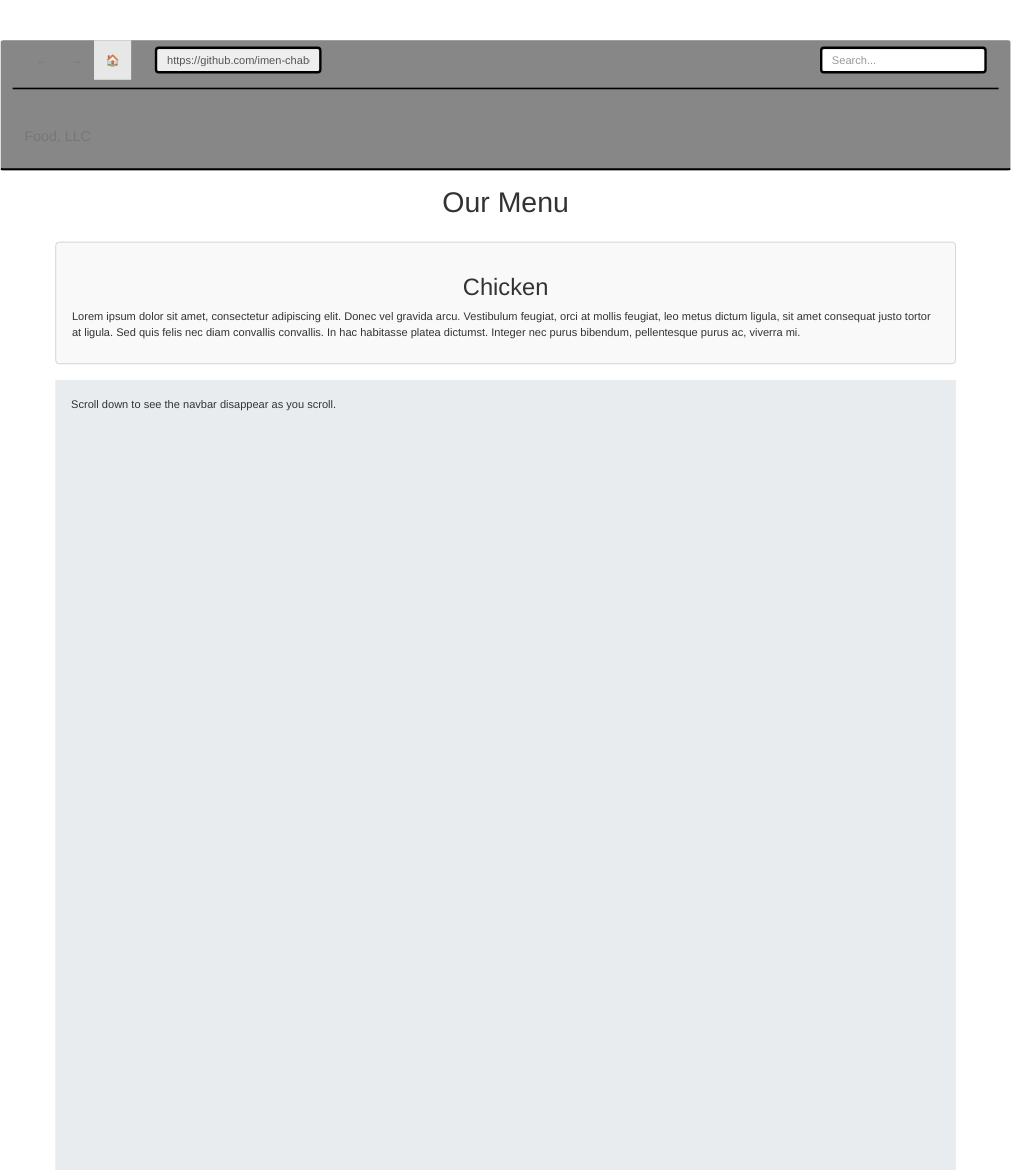
Repository: imen-chabchoub/coursera-test1
Page: mod3-solution/index.html
An editor plug-in stored every save of this project. The page is shown before and after the next save, followed by the edit.
The browser window is 1280 px wide. The pictures show the whole page, at 79% of full size.

Above is the page before, as saved 2025-02-12 15:08:33.

### mod3-solution/index.html
<!DOCTYPE html>
<html lang="en">
<head>
    <meta charset="UTF-8">
    <meta name="viewport" content="width=device-width, initial-scale=1.0">
    <title>Food, LLC</title>
    <link rel="stylesheet" href="https://maxcdn.bootstrapcdn.com/bootstrap/3.3.7/css/bootstrap.min.css">
    <link rel="stylesheet" href="css/style.css">
</head>
<body>
    <!-- Navbar -->
    <nav class="navbar navbar-default">
        <div class="container-fluid">
            <!-- Brand and toggle get grouped for better mobile display -->
            <div class="navbar-header">
                <button type="button" class="navbar-toggle collapsed" data-toggle="collapse" data-target="#navbar-collapse">
                    <span class="sr-only">Toggle navigation</span>
                    <span class="icon-bar"></span>
                    <span class="icon-bar"></span>
                    <span class="icon-bar"></span>
                </button>
            </div>

            <!-- Collect the nav links, forms, and other content for toggling -->
            <div class="collapse navbar-collapse" id="navbar-collapse">
                <ul class="nav navbar-nav">
                    <li><a href="#" class="nav-back">←</a></li>
                    <li><a href="#" class="nav-forward">→</a></li>
                    <li class="active"><a href="#" class="nav-home">🏠</a></li>
                </ul>
                <div class="navbar-form navbar-left">
                    <input type="text" class="form-control nav-url" value="https://github.com/imen-chabchoub/coursera-test/tree/module2-solution" readonly>
                </div>
                <div class="navbar-form navbar-right">
                    <input type="text" class="form-control search" placeholder="Search...">
                </div>
            </div><!-- /.navbar-collapse -->
            <div class="navbar-divider"></div>
            <div class="navbar-text text-center">
                <a class="navbar-brand" href="#">Food, LLC</a>
            </div>
        </div><!-- /.container-fluid -->
    </nav>

    <!-- Content -->
    <div class="container">
        <h1 class="text-center">Our Menu</h1>
        <div class="row">
            <div class="col-xs-12">
                <div class="menu-section">
                    <h2 class="text-center">Chicken</h2>
                    <p>Lorem ipsum dolor sit amet, consectetur adipiscing elit. Donec vel gravida arcu. Vestibulum feugiat, orci at mollis feugiat, leo metus dictum ligula, sit amet consequat justo tortor at ligula. Sed quis felis nec diam convallis convallis. In hac habitasse platea dictumst. Integer nec purus bibendum, pellentesque purus ac, viverra mi.</p>
                </div>
            </div>
        </div>
        <div class="row">
            <div class="col-xs-12">
                <div class="tall-section">
                    <p>Scroll down to see the navbar disappear as you scroll.</p>
                </div>
            </div>
        </div>
    </div>


    <script src="https://ajax.googleapis.com/ajax/libs/jquery/1.12.4/jquery.min.js"></script>
    <script src="https://maxcdn.bootstrapcdn.com/bootstrap/3.3.7/js/bootstrap.min.js"></script>
</body>
</html>

### mod3-solution/css/style.css
body {
    padding-top: 50px; /* Ensure the content does not overlap the navbar */
}

.navbar {
    margin-bottom: 0;
    background-color: #878787;
    border-bottom: black solid;
}

.navbar-divider {
    border-top: 2px solid black;
    margin-top: 10px;
    margin-bottom: 10px;
}

.navbar-text {
    text-align: center;
    width: 100%;
    padding-top: 10px;
}

.nav-url {
    width: 40%;
    margin: 0 15px;
    border: black solid;
    border-radius: 5px;
    font-size: 14px;
    background-color: #f0f0f0;
}

.search {
    width: 150px;
    border: black solid;
    border-radius: 5px;
}
.menu-section {
    border: 1px solid #ccc;
    padding: 20px;
    margin-top: 20px;
    border-radius: 5px;
    background-color: #f9f9f9;
}




.tall-section {
    height: 1000px;
    background-color: #e9ecef;
    margin-top: 20px;
    padding: 20px;
}

After the next save:
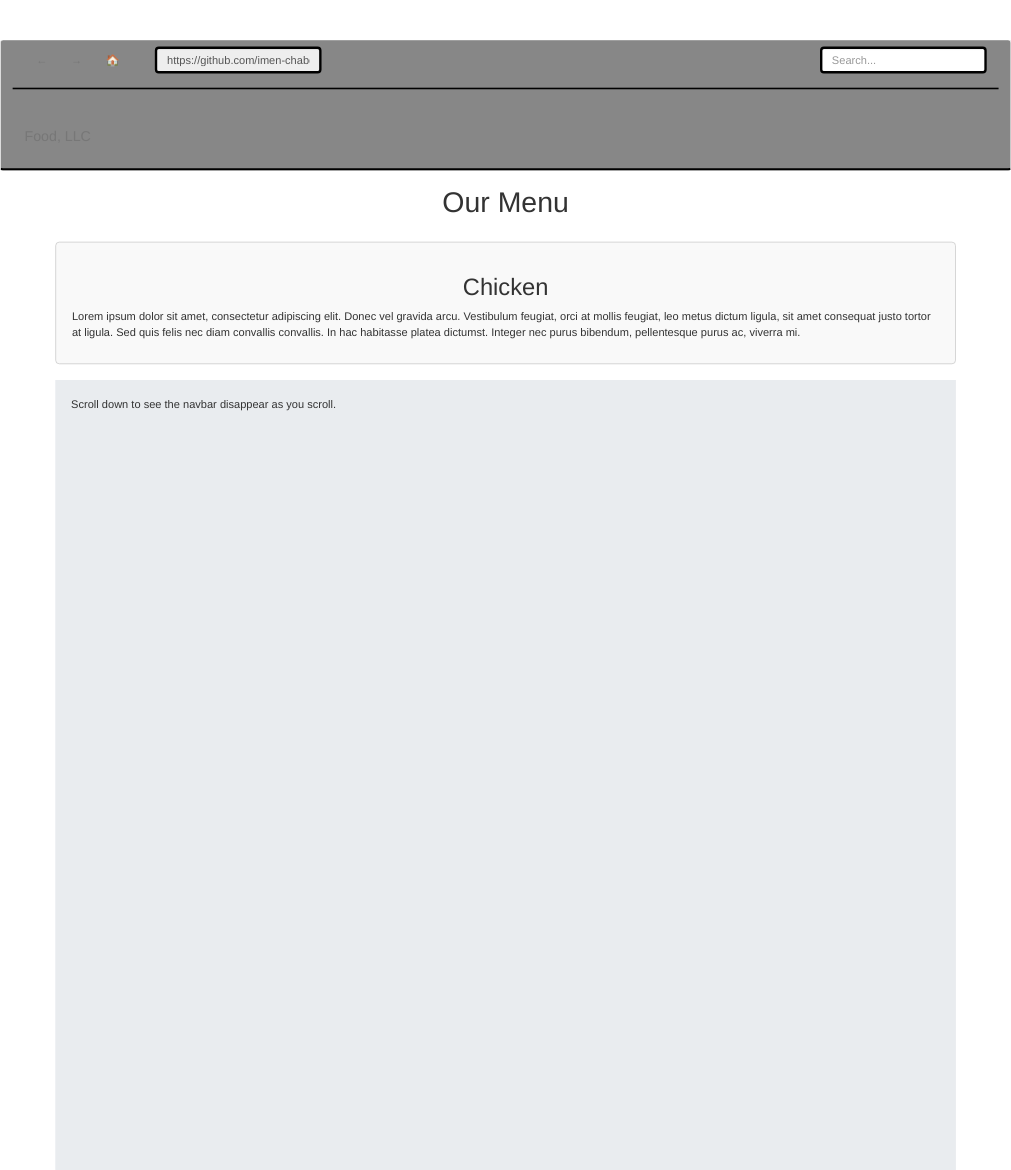
Saved 2 min 14 s later.
--- a/mod3-solution/index.html
+++ b/mod3-solution/index.html
@@ -26,7 +26,7 @@
                 <ul class="nav navbar-nav">
                     <li><a href="#" class="nav-back">←</a></li>
                     <li><a href="#" class="nav-forward">→</a></li>
-                    <li class="active"><a href="#" class="nav-home">🏠</a></li>
+                    <li><a href="#" class="nav-home">🏠</a></li>
                 </ul>
                 <div class="navbar-form navbar-left">
                     <input type="text" class="form-control nav-url" value="https://github.com/imen-chabchoub/coursera-test/tree/module2-solution" readonly>
